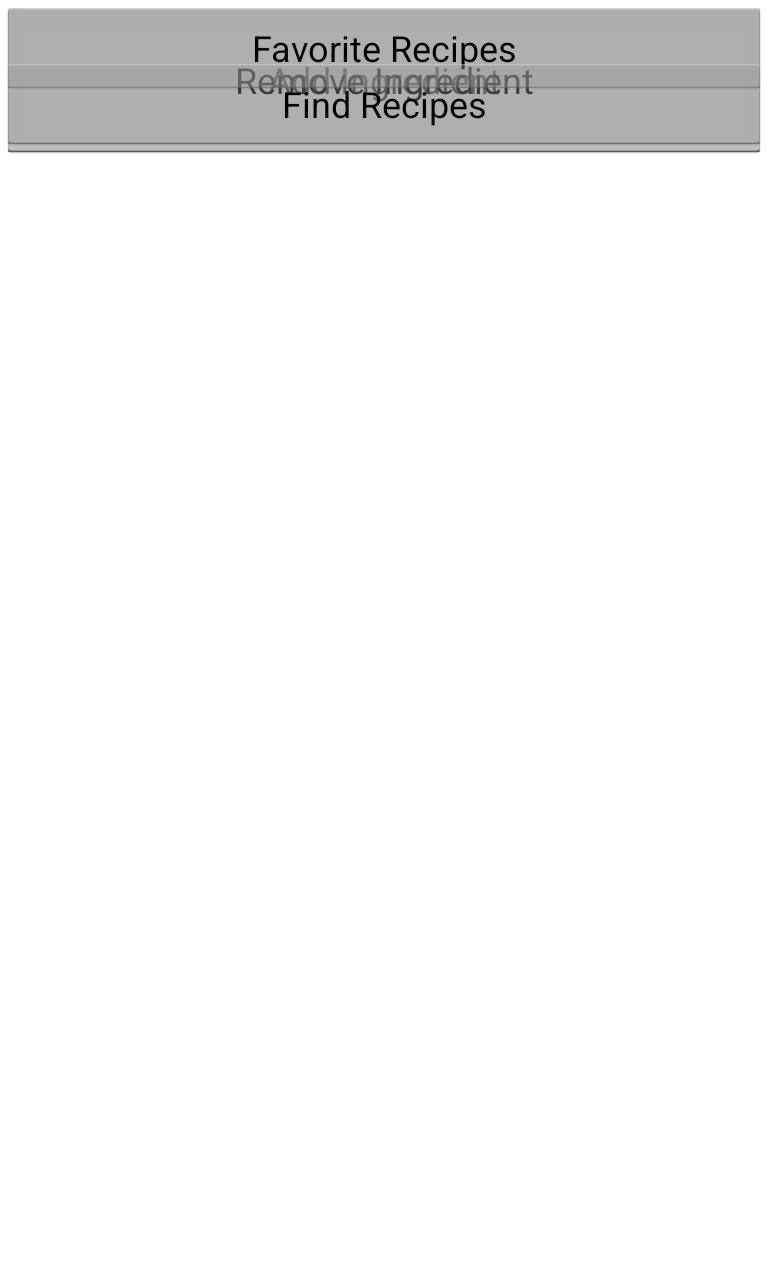
Repository: jmwood22/Boyardroid
Layout: Boyardroid/res/layout/activity_fridge.xml
These files come from the project's save history. The layout is drawn as it stood at one moment and after the next save; the edit follows.
It is drawn on a 768 x 1280 px phone screen (xhdpi) without system bars, with theme AppTheme; the app's code is not run.

Above is the layout before, as saved 2013-02-20 10:49:28.

### Boyardroid/res/layout/activity_fridge.xml
<RelativeLayout xmlns:android="http://schemas.android.com/apk/res/android"
    xmlns:tools="http://schemas.android.com/tools"
    android:id="@+id/AbsoluteLayout1"
    android:layout_width="match_parent"
    android:layout_height="match_parent"
    android:orientation="vertical"
    tools:context=".FridgeScreen" >

    <RelativeLayout
        android:layout_width="wrap_content"
        android:layout_height="wrap_content" >

        <Button
            android:id="@+id/button1"
            android:layout_width="fill_parent"
            android:layout_height="80dp"
            android:layout_gravity="top"
            android:onClick="addIngre"
            android:text="@string/addIngredient_button" />

        <Button
            android:id="@+id/button2"
            android:layout_width="fill_parent"
            android:layout_height="80dp"
            android:layout_gravity="top"
            android:onClick="removIngre"
            android:text="@string/removeIngredient_button" />

    </RelativeLayout>

    <Button
        android:id="@+id/button3"
        android:layout_width="fill_parent"
        android:layout_height="wrap_content"
        android:layout_gravity="bottom"
        android:onClick="favRecipe"
        android:text="@string/favoriteRecipe_button" />

    <Button
        android:id="@+id/button4"
        android:layout_width="fill_parent"
        android:layout_height="wrap_content"
        android:layout_marginTop="28dp"
        android:onClick="dialogBtn"
        android:text="@string/find_recipe" />

    <RelativeLayout
        android:layout_width="wrap_content"
        android:layout_height="0dp"
        android:layout_gravity="bottom"
        android:layout_weight="0.02"
        android:orientation="horizontal" >

        <Button
            android:id="@+id/Button5"
            android:layout_width="107dp"
            android:layout_height="86dp"
            android:layout_gravity="bottom"
            android:onClick="searchbreakfast"
            android:text="@string/breakfast_button" />

        <Button
            android:id="@+id/Button6"
            android:layout_width="107dp"
            android:layout_height="86dp"
            android:layout_gravity="bottom"
            android:onClick="searchlunch"
            android:text="@string/lunch_button" />

        <Button
            android:id="@+id/button7"
            android:layout_width="107dp"
            android:layout_height="86dp"
            android:layout_gravity="bottom"
            android:onClick="searchdinner"
            android:text="@string/dinner_button" />


    </RelativeLayout>

</RelativeLayout>

### Boyardroid/res/values/strings.xml
<?xml version="1.0" encoding="utf-8"?>
<resources>

    <string name="app_name">BoyarDroid</string>
    <string name="quick_recipe">Quick Recipe</string>
    <string name="menu_settings">Settings</string>
    <string name="title_activity_quck_recipe">QuckRecipe</string>
    <string name="title_activity_quick_recipe">QuickRecipe</string>
    <string name="find_recipe">Find Recipes</string>
    <string name="hello_world">Hello world!</string>
    <string name="title_activity_home_screen">HomeScreen</string>
    <string name="title_activity_fridge">Fridge</string>
	<string name="fridge_button">Fridge</string>
	<string name="dinner_button">Dinner</string>
	<string name="breakfast_button">Breakfast</string>
	<string name="lunch_button">Lunch</string>
	<string name="user_button">User text</string>
	<string name="addIngredient_button">Add Ingredient</string>
	<string name="removeIngredient_button">Remove Ingredient</string>
	<string name="favoriteRecipe_button">Favorite Recipes</string>
</resources>

Loaded but not shown: Boyardroid/res/values/styles.xml (common file); Boyardroid/res/values-v11/styles.xml (common file); Boyardroid/res/values-v14/styles.xml (common file)

After the next save:
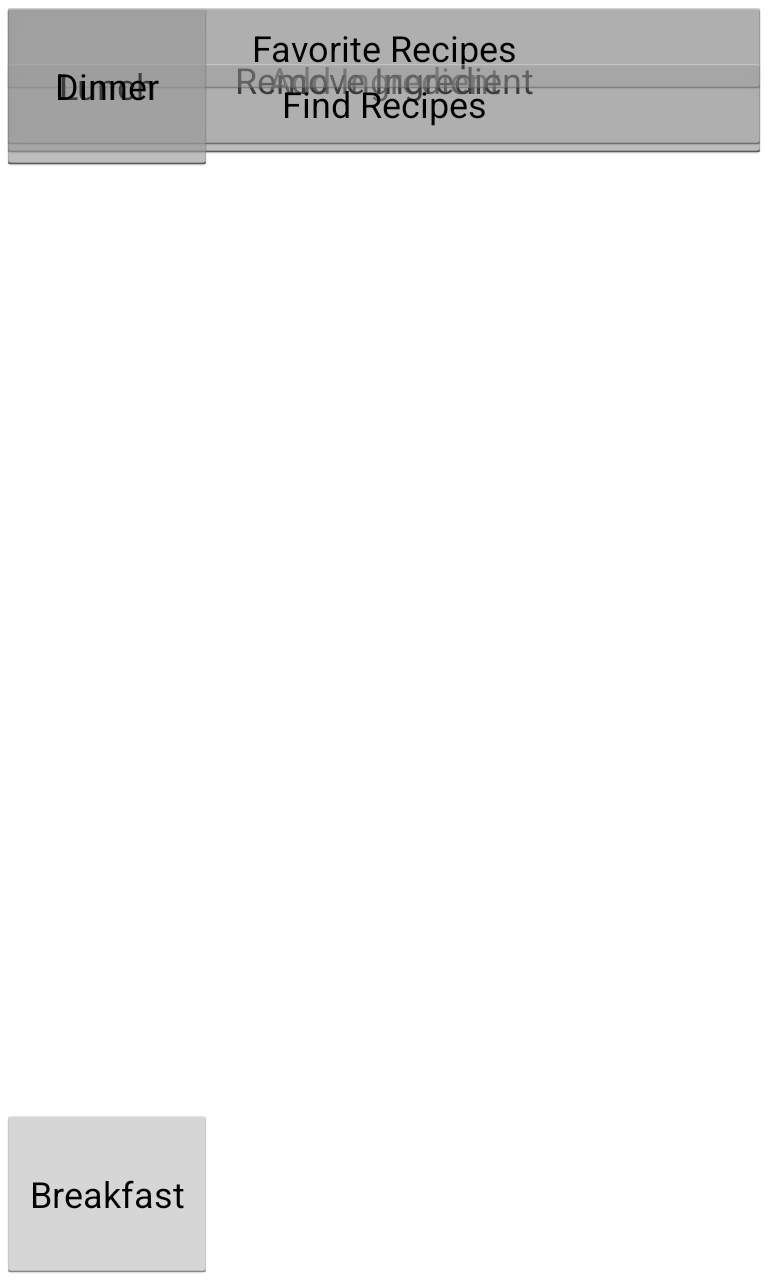
Saved 4 min 23 s later.
--- a/Boyardroid/res/layout/activity_fridge.xml
+++ b/Boyardroid/res/layout/activity_fridge.xml
@@ -6,27 +6,22 @@
     android:orientation="vertical"
     tools:context=".FridgeScreen" >
 
-    <RelativeLayout
-        android:layout_width="wrap_content"
-        android:layout_height="wrap_content" >
 
-        <Button
-            android:id="@+id/button1"
-            android:layout_width="fill_parent"
-            android:layout_height="80dp"
-            android:layout_gravity="top"
-            android:onClick="addIngre"
-            android:text="@string/addIngredient_button" />
+    <Button
+        android:id="@+id/button1"
+        android:layout_width="fill_parent"
+        android:layout_height="80dp"
+        android:layout_gravity="top"
+        android:onClick="addIngre"
+        android:text="@string/addIngredient_button" />
 
-        <Button
-            android:id="@+id/button2"
-            android:layout_width="fill_parent"
-            android:layout_height="80dp"
-            android:layout_gravity="top"
-            android:onClick="removIngre"
-            android:text="@string/removeIngredient_button" />
-
-    </RelativeLayout>
+    <Button
+        android:id="@+id/button2"
+        android:layout_width="fill_parent"
+        android:layout_height="80dp"
+        android:layout_gravity="top"
+        android:onClick="removIngre"
+        android:text="@string/removeIngredient_button" />
 
     <Button
         android:id="@+id/button3"
@@ -44,38 +39,32 @@
         android:onClick="dialogBtn"
         android:text="@string/find_recipe" />
 
-    <RelativeLayout
-        android:layout_width="wrap_content"
-        android:layout_height="0dp"
-        android:layout_gravity="bottom"
-        android:layout_weight="0.02"
-        android:orientation="horizontal" >
+    <Button
+         android:id="@+id/Button5"
+         android:layout_width="107dp"
+         android:layout_height="86dp"
+         android:layout_gravity="bottom"
+         android:onClick="searchbreakfast"
+         android:text="@string/breakfast_button"
+         android:layout_alignParentBottom="true"/>
 
-        <Button
-            android:id="@+id/Button5"
-            android:layout_width="107dp"
-            android:layout_height="86dp"
-            android:layout_gravity="bottom"
-            android:onClick="searchbreakfast"
-            android:text="@string/breakfast_button" />
+     <Button
+         android:id="@+id/Button6"
+         android:layout_width="107dp"
+         android:layout_height="86dp"
+         android:layout_gravity="bottom"
+         android:onClick="searchlunch"
+         android:text="@string/lunch_button" />
 
-        <Button
-            android:id="@+id/Button6"
-            android:layout_width="107dp"
-            android:layout_height="86dp"
-            android:layout_gravity="bottom"
-            android:onClick="searchlunch"
-            android:text="@string/lunch_button" />
-
-        <Button
-            android:id="@+id/button7"
-            android:layout_width="107dp"
-            android:layout_height="86dp"
-            android:layout_gravity="bottom"
-            android:onClick="searchdinner"
-            android:text="@string/dinner_button" />
+     <Button
+         android:id="@+id/button7"
+         android:layout_width="107dp"
+         android:layout_height="86dp"
+         android:layout_gravity="bottom"
+         android:onClick="searchdinner"
+         android:text="@string/dinner_button" />
 
 
-    </RelativeLayout>
+
 
 </RelativeLayout>
